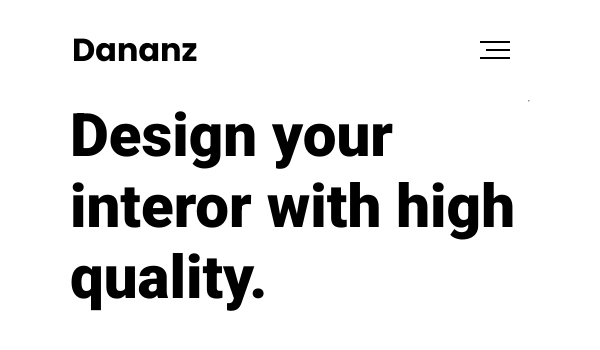
Repository: AsadKasimov/disain
Page: index.html
These files come from the project's save history. The page is drawn as it stood at one moment and after a run of saves; the edit follows.
The browser window is 600 px wide. The pictures show the whole page.

Above is the page before, as saved 2023-04-20 01:14:09.

After the next 3 saves:
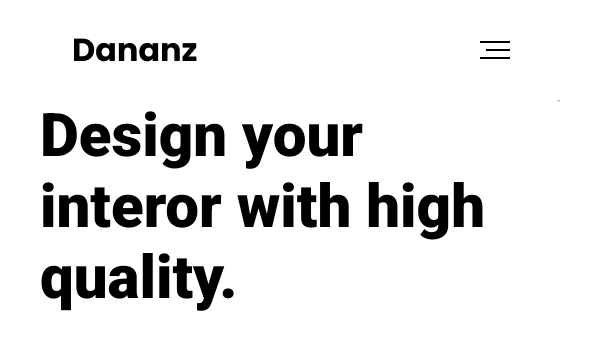
The 3 saves are shown as one change because they came seconds apart.
The last was saved 10 s later.
--- a/style.css
+++ b/style.css
@@ -128,6 +128,13 @@ h1 {
 
 @media (max-width: 700px) {
 
+  .menu{
+    display: flex;
+    justify-content: flex-start;
+    padding: 0 40px;
+    width: 600px;
+  }
+
   .burger { display: flex }
 
   .nav{
